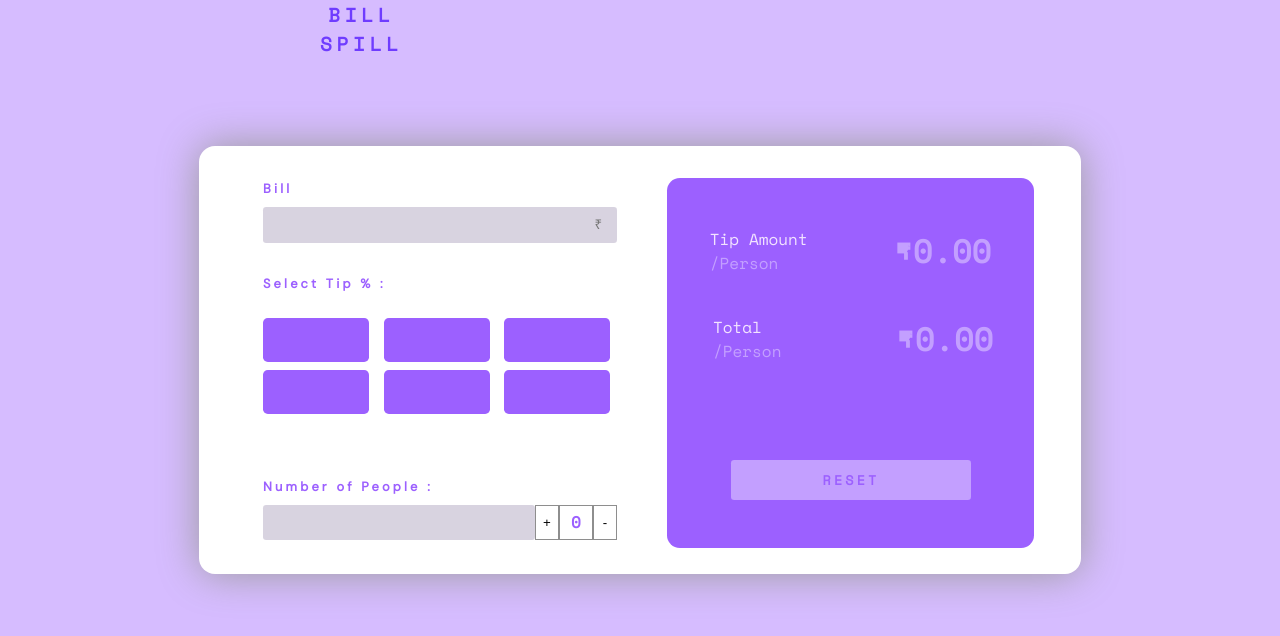
Repository: drumsmanku/micro-project-3
Page: index.html
The author's editor kept a copy of each file at every save. The page is drawn from the files as they stood at one save, then again after the next save.
The browser window is 1280 px wide. The pictures show the whole page.

Above is the page before, as saved 2023-04-17 21:08:33.

After the next save:
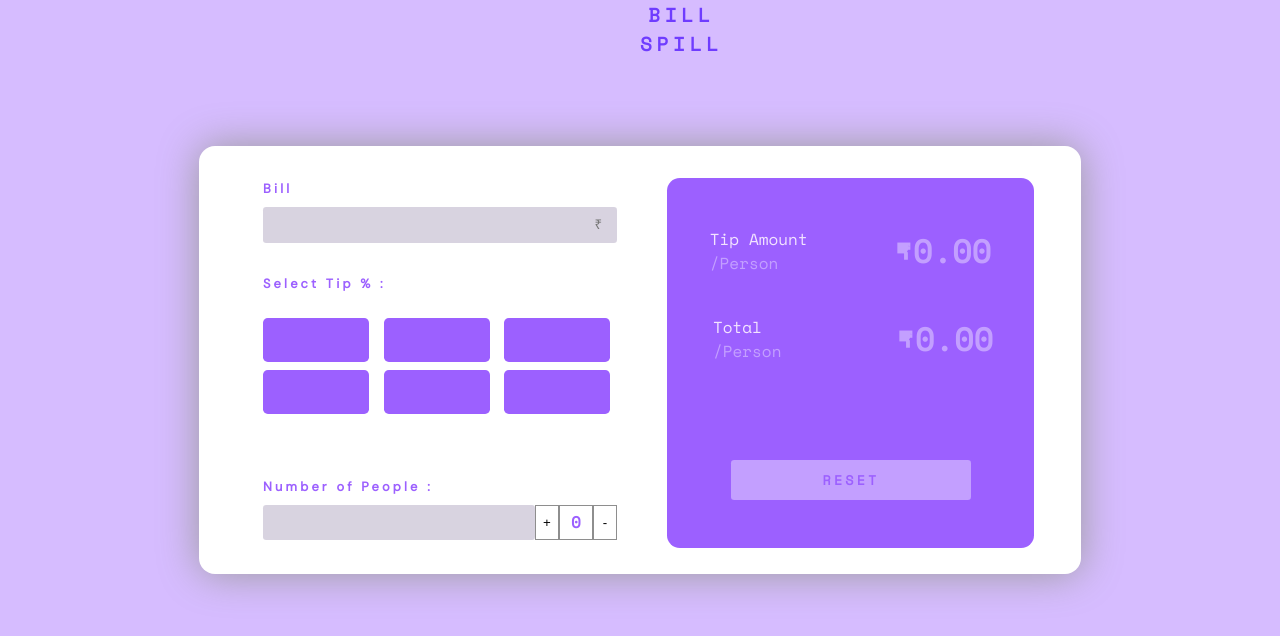
Saved 12 s later.
--- a/styles.css
+++ b/styles.css
@@ -154,7 +154,7 @@ input[id='people-number']{
   letter-spacing: 0.3rem;
   font-size: 1.2rem;
   text-align: center;
-  left: 20rem;
+  left: 40rem;
 }
 input{
   border-radius: 0.2rem;
